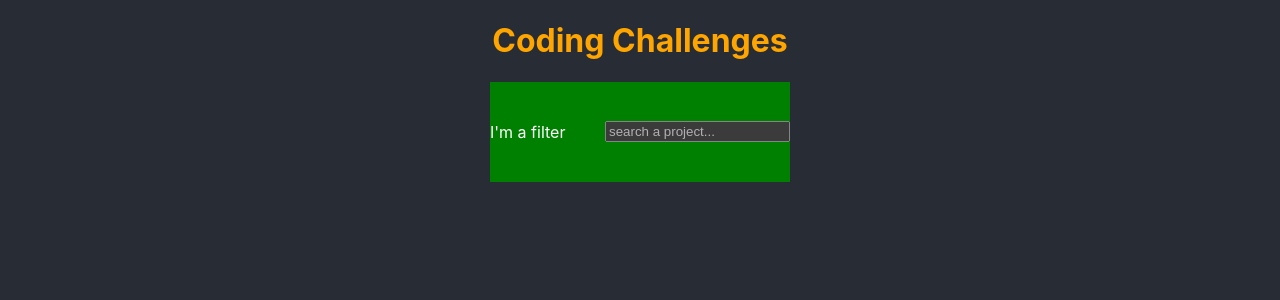
Repository: Valentina-Maraio/coding_challenges
Page: /
An editor plug-in stored every save of this project. The page is shown before and after the next save, followed by the edit.
The browser window is 1280 px wide. The pictures show the whole page.
The project was rebuilt for these pictures with package versions that can differ from the ones it lists, and the page was loaded fresh each time.

Above is the page before, as saved 2024-07-05 11:49:23.

After the next save:
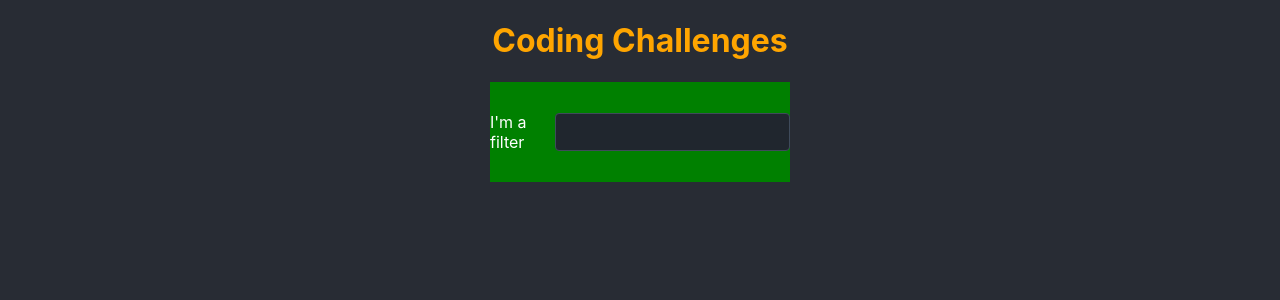
Saved 87 s later.
--- a/src/App.js
+++ b/src/App.js
@@ -1,7 +1,12 @@
+import React, {useState} from 'react'
 import "primereact/resources/themes/bootstrap4-dark-purple/theme.css";
 import "./App.css";
+import { Chips } from 'primereact/chips';
+
 
 function App() {
+  const [value, setValue] = useState('');
+
   return (
     <>
       <div className="container">
@@ -10,7 +15,7 @@ function App() {
         </div>
         <div className="filter_container">
           <p>I'm a filter</p>
-          <input  placeholder="search a project..."/>
+          <Chips value={value} onChange={(e) => setValue(e.value)} />
         </div>
       </div>
     </>
